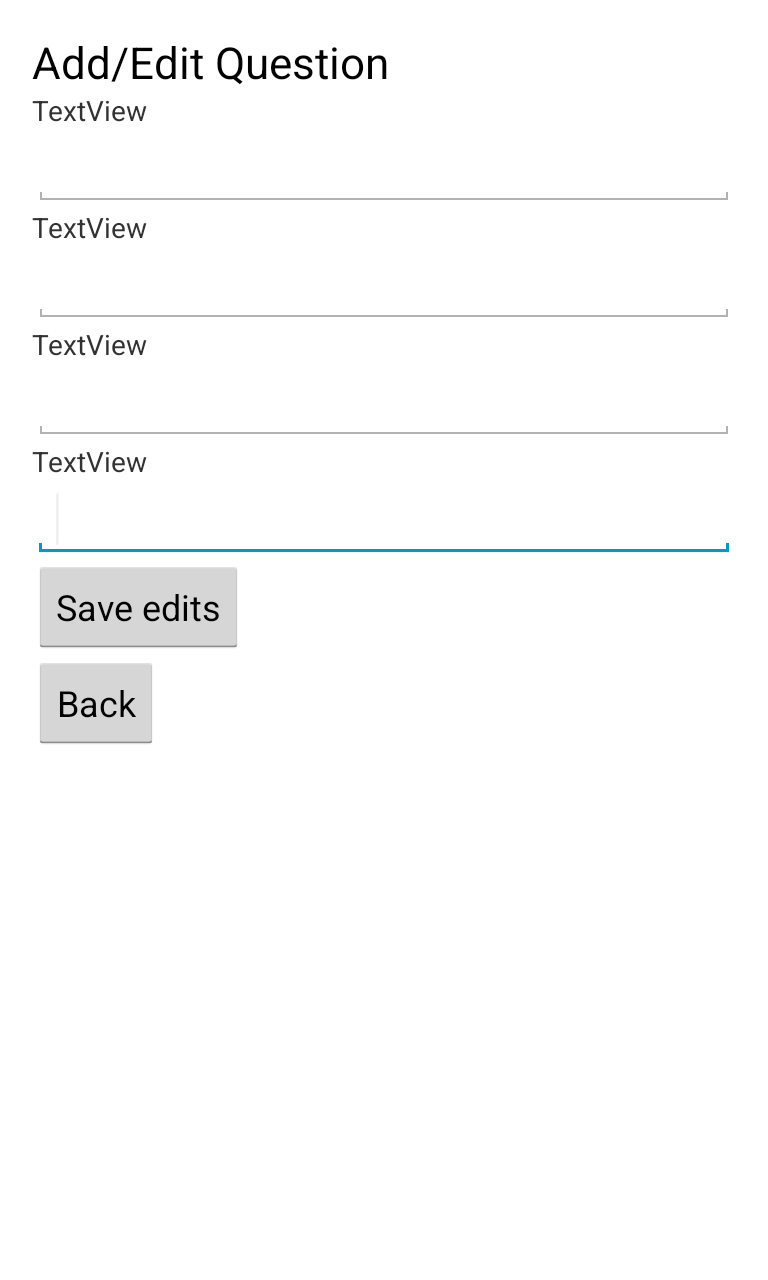
Repository: Sharkeysps/AndroidProjects
Layout: AndroidQuiz/Quiz/res/layout/activity_edit_question.xml
The author's editor kept a copy of each file at every save. The layout is drawn from the files as they stood at one save, then again after the next save.
It is drawn on a 768 x 1280 px phone screen (xhdpi) without system bars, with theme AppTheme; the app's code is not run.

Above is the layout before, as saved 2014-01-31 23:20:24.

### AndroidQuiz/Quiz/res/layout/activity_edit_question.xml
<LinearLayout xmlns:android="http://schemas.android.com/apk/res/android"
    xmlns:tools="http://schemas.android.com/tools"
    android:layout_width="match_parent"
    android:layout_height="match_parent"
    android:paddingBottom="@dimen/activity_vertical_margin"
    android:paddingLeft="@dimen/activity_horizontal_margin"
    android:paddingRight="@dimen/activity_horizontal_margin"
    android:paddingTop="@dimen/activity_vertical_margin"
    tools:context=".EditQuestion" >

    <LinearLayout
        android:layout_width="wrap_content"
        android:layout_height="match_parent"
        android:layout_weight="0.90"
        android:orientation="vertical" >

        <TextView
            android:id="@+id/textView1"
            android:layout_width="wrap_content"
            android:layout_height="wrap_content"
            android:text="Add/Edit Question"
            android:textAppearance="?android:attr/textAppearanceLarge" />

        <TextView
            android:id="@+id/textView2"
            android:layout_width="wrap_content"
            android:layout_height="wrap_content"
            android:text="TextView" />

        <EditText
            android:id="@+id/editText1"
            android:layout_width="match_parent"
            android:layout_height="wrap_content"
            android:ems="10" >

            <requestFocus />
        </EditText>


        <TextView
            android:id="@+id/textView2"
            android:layout_width="wrap_content"
            android:layout_height="wrap_content"
            android:text="TextView" />

        <EditText
            android:id="@+id/editText1"
            android:layout_width="match_parent"
            android:layout_height="wrap_content"
            android:ems="10" >

            <requestFocus />
        </EditText>


        <TextView
            android:id="@+id/textView2"
            android:layout_width="wrap_content"
            android:layout_height="wrap_content"
            android:text="TextView" />

        <EditText
            android:id="@+id/editText1"
            android:layout_width="match_parent"
            android:layout_height="wrap_content"
            android:ems="10" >

            <requestFocus />
        </EditText>


        <TextView
            android:id="@+id/textView2"
            android:layout_width="wrap_content"
            android:layout_height="wrap_content"
            android:text="TextView" />

        <EditText
            android:id="@+id/editText1"
            android:layout_width="match_parent"
            android:layout_height="wrap_content"
            android:ems="10" >

            <requestFocus />
        </EditText>

        <Button
            android:id="@+id/button1"
            android:layout_width="wrap_content"
            android:layout_height="wrap_content"
            android:text="Save edits" />

        <Button
            android:id="@+id/button2"
            android:layout_width="wrap_content"
            android:layout_height="wrap_content"
            android:text="Back" />

    </LinearLayout>

</LinearLayout>

Loaded but not shown: AndroidQuiz/Quiz/res/values/styles.xml (common file); AndroidQuiz/Quiz/res/values-v11/styles.xml (common file); AndroidQuiz/Quiz/res/values-v14/styles.xml (common file); AndroidQuiz/Quiz/res/values/dimens.xml (common file)

After the next save:
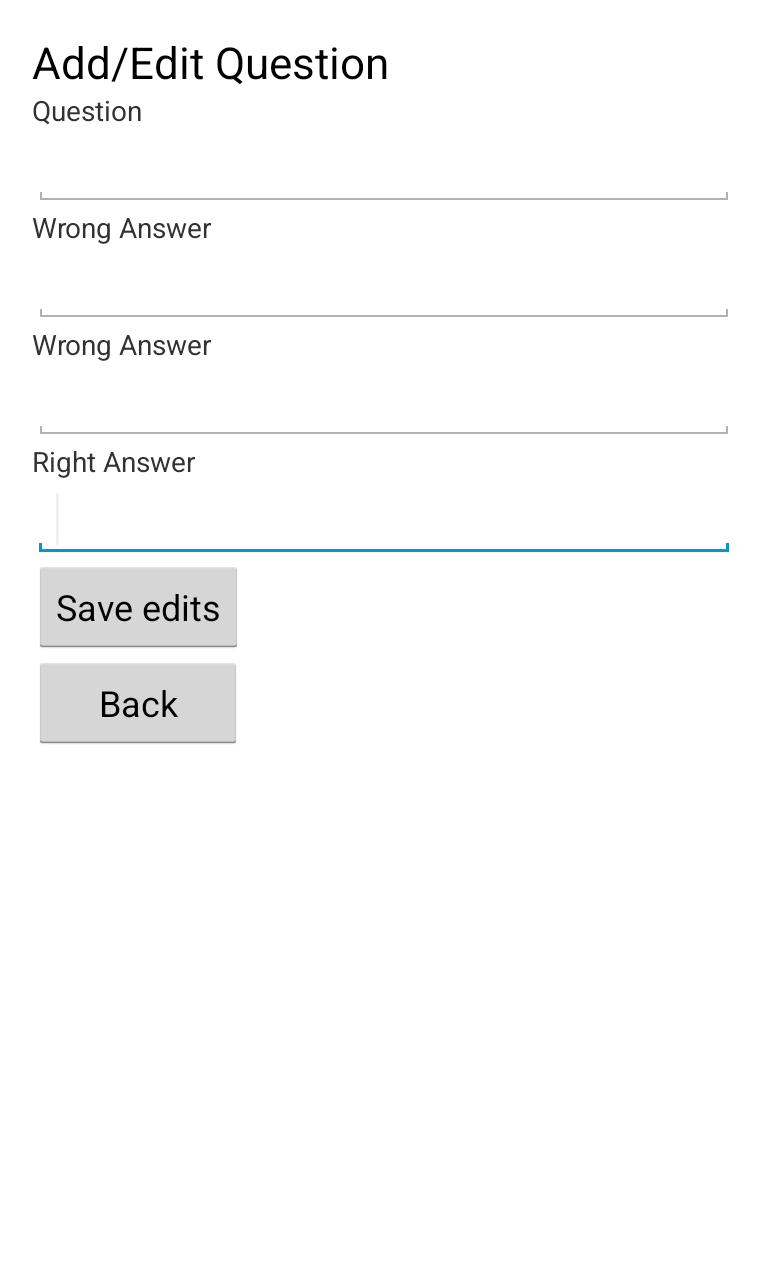
Saved 68 s later.
--- a/AndroidQuiz/Quiz/res/layout/activity_edit_question.xml
+++ b/AndroidQuiz/Quiz/res/layout/activity_edit_question.xml
@@ -25,7 +25,7 @@
             android:id="@+id/textView2"
             android:layout_width="wrap_content"
             android:layout_height="wrap_content"
-            android:text="TextView" />
+            android:text="Question" />
 
         <EditText
             android:id="@+id/editText1"
@@ -41,7 +41,7 @@
             android:id="@+id/textView2"
             android:layout_width="wrap_content"
             android:layout_height="wrap_content"
-            android:text="TextView" />
+            android:text="Wrong Answer" />
 
         <EditText
             android:id="@+id/editText1"
@@ -57,7 +57,7 @@
             android:id="@+id/textView2"
             android:layout_width="wrap_content"
             android:layout_height="wrap_content"
-            android:text="TextView" />
+            android:text="Wrong Answer" />
 
         <EditText
             android:id="@+id/editText1"
@@ -73,7 +73,7 @@
             android:id="@+id/textView2"
             android:layout_width="wrap_content"
             android:layout_height="wrap_content"
-            android:text="TextView" />
+            android:text="Right Answer" />
 
         <EditText
             android:id="@+id/editText1"
@@ -92,7 +92,7 @@
 
         <Button
             android:id="@+id/button2"
-            android:layout_width="wrap_content"
+            android:layout_width="106dp"
             android:layout_height="wrap_content"
             android:text="Back" />
 
